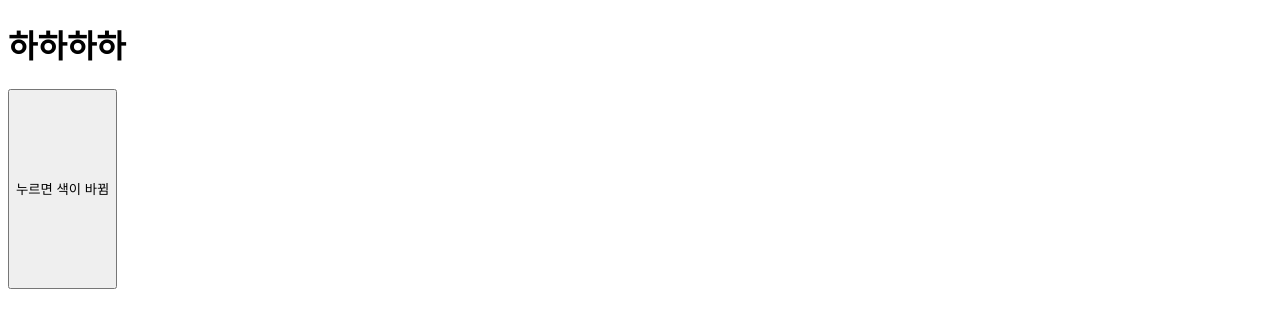
Repository: jun01270/F-E-practice
Page: index.html
These files come from the project's save history. The page is drawn as it stood at one moment and after the next save; the edit follows.
The browser window is 1280 px wide. The pictures show the whole page.

Above is the page before, as saved 2022-12-12 19:17:23.

### index.html
<!DOCTYPE html>
<html lang="en">
  <head>
    <meta charset="UTF-8" />
    <meta http-equiv="X-UA-Compatible" content="IE=edge" />
    <meta name="viewport" content="width=device-width, initial-scale=1.0" />
    <link rel="stylesheet" href="style.css" />
    <title>Document</title>
  </head>
  <body>
    <div class="first">
      <h1 id="laugh">HAHAHAHAHA</h1>
      <button class="Boom">누르면 색이 바뀜</button>
    </div>
    <script src="app.js"></script>
  </body>
</html>

### style.css
.Boom {
  font-weight: 500px;
  height: 200px;
}

### app.js
const title = document.querySelector(".first h1");

title.innerText = "하하하하";

title.style.color;

function afterClick() {
  console.log("CLick!!!");
  console.log(title);
  if (title.style.color === "red") {
    title.style.color = "Yellow";
  } else {
    title.style.color = "red";
  }
}

title.addEventListener("click", afterClick);

After the next save:
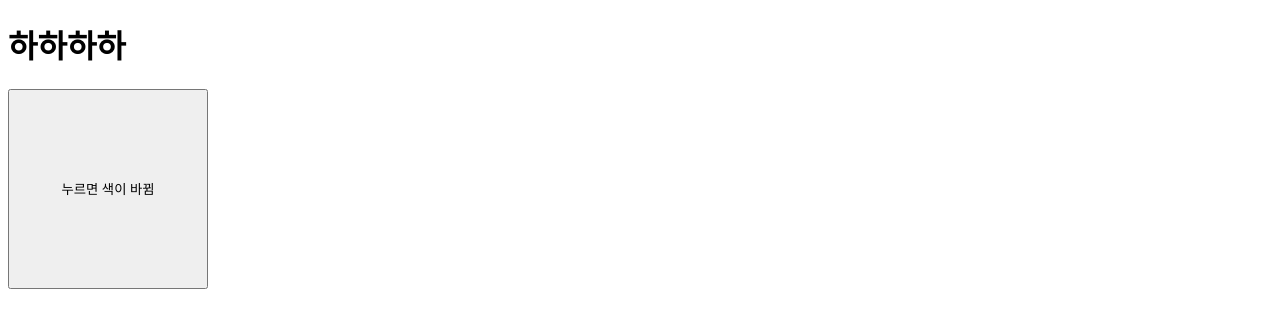
Saved 52 s later.
--- a/style.css
+++ b/style.css
@@ -1,4 +1,4 @@
 .Boom {
-  font-weight: 500px;
+  width: 200px;
   height: 200px;
 }
